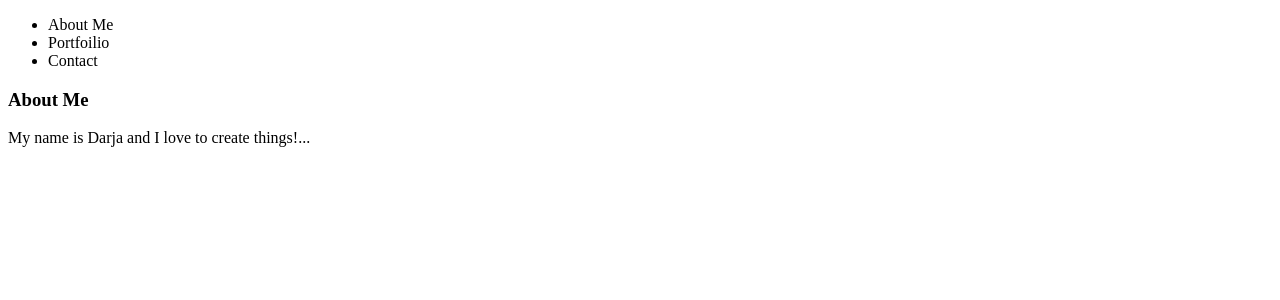
Repository: holyygreg/PortfolioProject
Page: code files/index.html
An editor plug-in stored every save of this project. The page is shown before and after a run of saves, followed by the edit.
The browser window is 1280 px wide. The pictures show the whole page.

Above is the page before, as saved 2024-08-02 15:14:52.

After the next 3 saves:
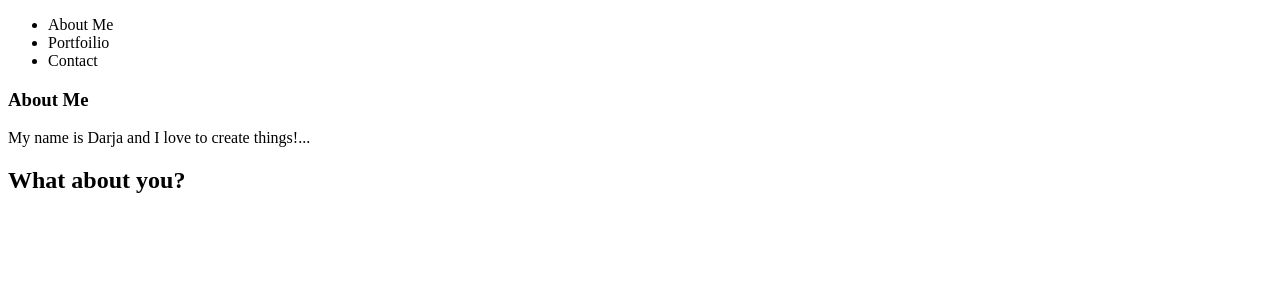
The 3 saves are shown as one change because they came seconds apart.
The last was saved 25 s later.
--- a/code files/index.html
+++ b/code files/index.html
@@ -25,7 +25,7 @@
     </section>
 
     <section>
-        <h2></h2>
+        <h2>What about you?</h2>
     </section>
 </body>
 </html>
